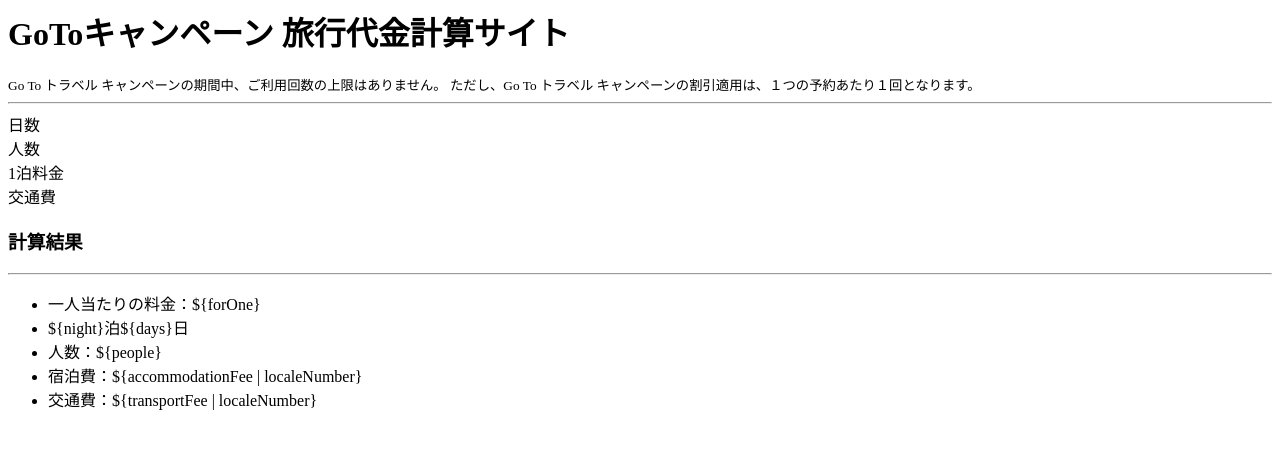
Repository: Ischca/ischca.github.io
Page: src/my-app.html
These files come from the project's save history. The page is drawn as it stood at one moment and after the next save; the edit follows.
The browser window is 1280 px wide. The pictures show the whole page.

Above is the page before, as saved 2020-10-02 16:29:15.

After the next save:
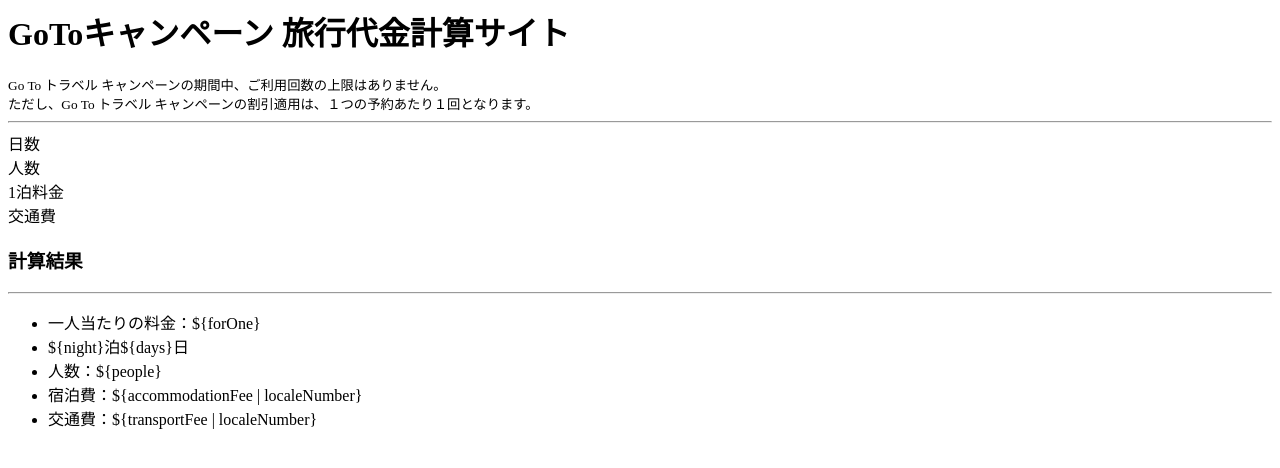
Saved 22 s later.
--- a/src/my-app.html
+++ b/src/my-app.html
@@ -5,7 +5,9 @@
     </div>
 
     <div class="text-cener">
-        <small>Go To トラベル キャンペーンの期間中、ご利用回数の上限はありません。
+        <small>
+            Go To トラベル キャンペーンの期間中、ご利用回数の上限はありません。
+            <br/>
             ただし、Go To トラベル キャンペーンの割引適用は、１つの予約あたり１回となります。</small>
     </div>
 
